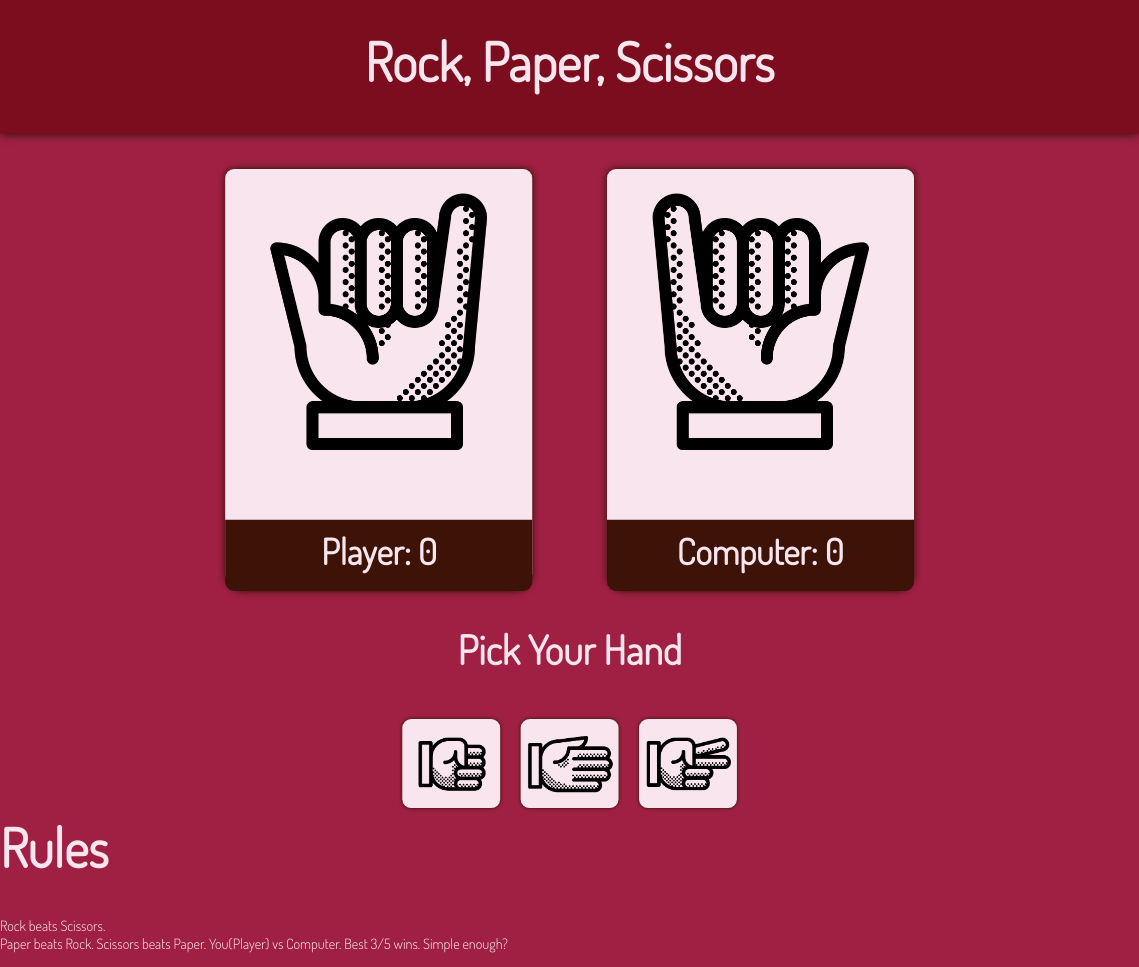
Repository: shayanabedi98/rock-paper-scissors
Page: index.html
The author's editor kept a copy of each file at every save. The page is drawn from the files as they stood at one save, then again after the next save.
The browser window is 1280 px wide. The pictures show the whole page, at 89% of full size.

Above is the page before, as saved 2023-07-14 19:26:52.

After the next save:
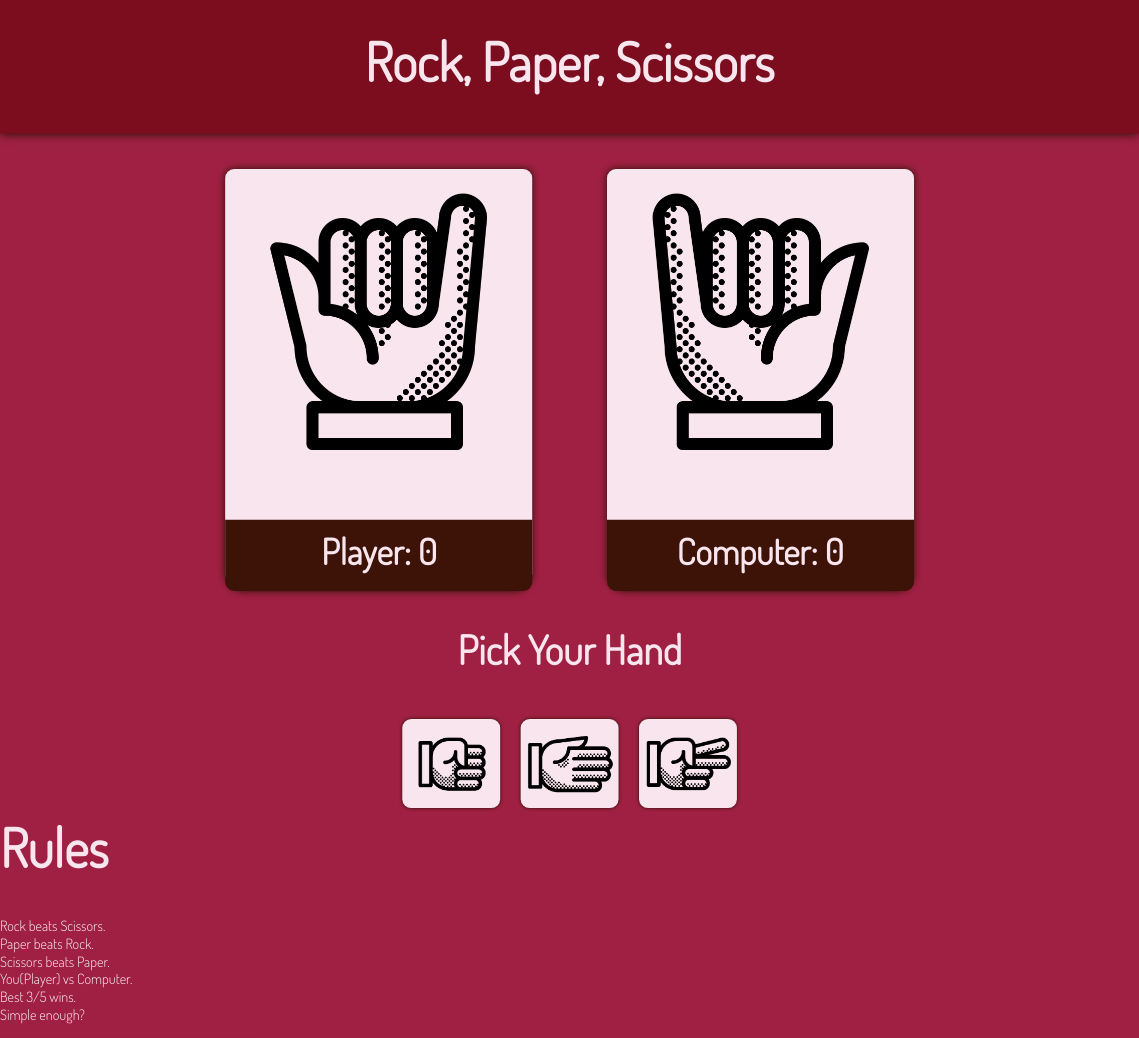
Saved 37 s later.
--- a/index.html
+++ b/index.html
@@ -37,12 +37,7 @@
     </div>
     <div class="rules">
         <h1>Rules</h1>
-        <p>Rock beats Scissors. <br> Paper beats Rock.
-            Scissors beats Paper.
-
-            You(Player) vs Computer.
-            Best 3/5 wins.
-            Simple enough?
+        <p>Rock beats Scissors. <br>Paper beats Rock. <br>Scissors beats Paper. <br>You(Player) vs Computer. <br>Best 3/5 wins. <br>Simple enough?
         </p>
     </div>
     <script src="index.js"></script>
